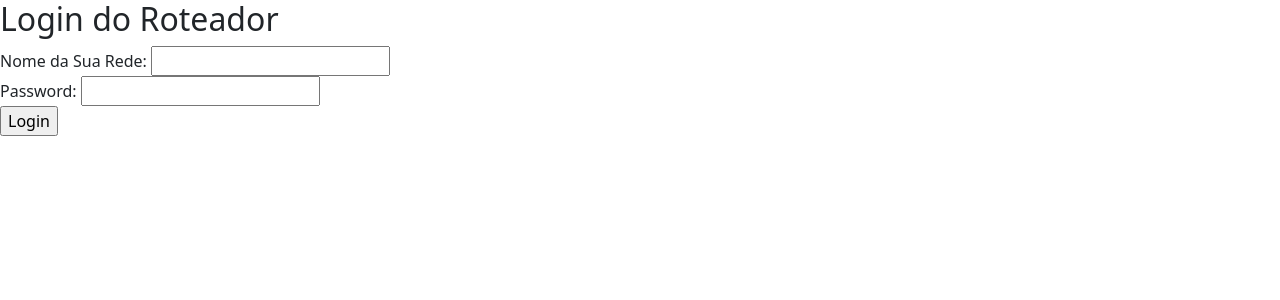
Repository: alfredo-allan/wifi-acesso-seguro.com
Page: index.html
An editor plug-in stored every save of this project. The page is shown before and after the next save, followed by the edit.
The browser window is 1280 px wide. The pictures show the whole page.

Above is the page before, as saved 2024-07-27 18:19:35.

After the next save:
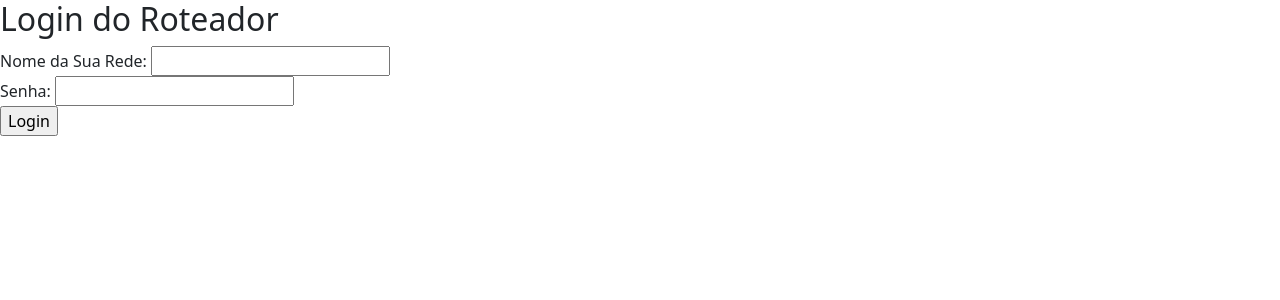
Saved 9 s later.
--- a/index.html
+++ b/index.html
@@ -16,7 +16,7 @@
     <form>
       <label for="ssid">Nome da Sua Rede:</label>
       <input type="text" id="ssid" name="ssid" required /><br />
-      <label for="password">Password:</label>
+      <label for="password">Senha:</label>
       <input type="password" id="password" name="password" required /><br />
       <input type="submit" value="Login" />
     </form>
